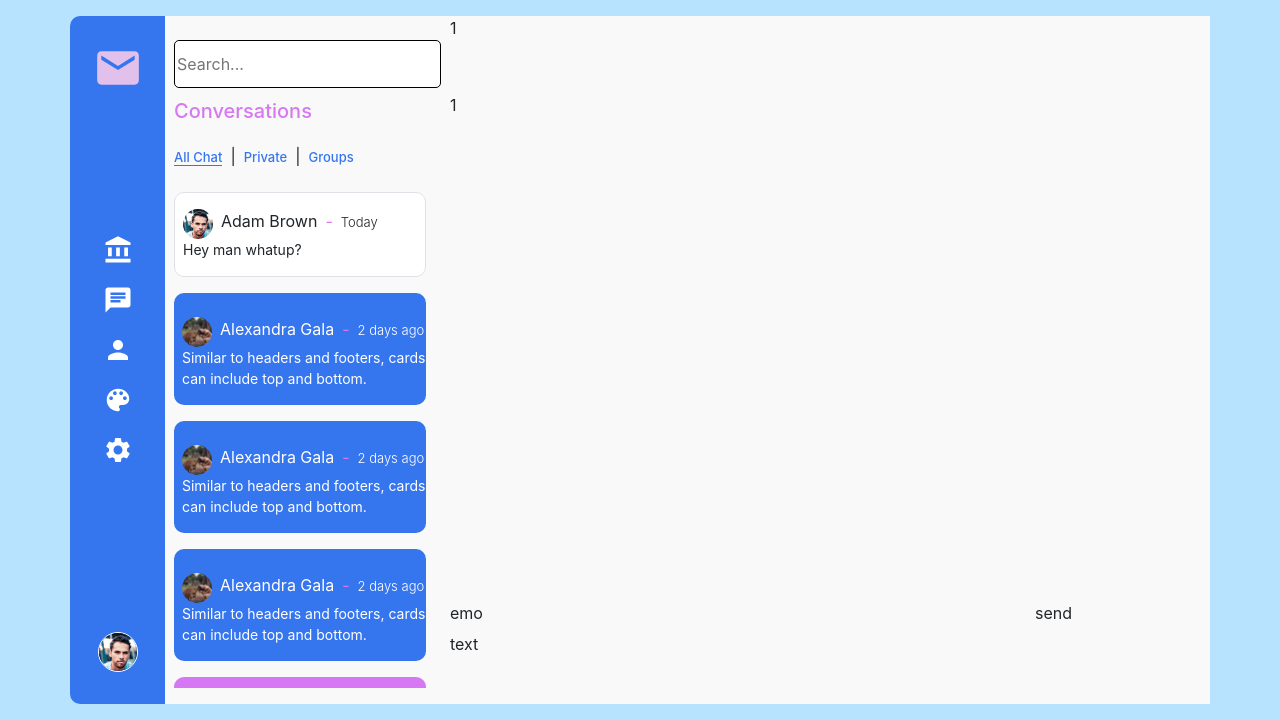
Repository: arafat877/super-chat
Page: /
These files come from the project's save history. The page is drawn as it stood at one moment and after the next save; the edit follows.
The browser window is 1280 px wide. The pictures show the whole page.
The project was rebuilt for these pictures with package versions that can differ from the ones it lists, and the page was loaded fresh each time.

Above is the page before, as saved 2020-08-07 00:58:01.

After the next save:
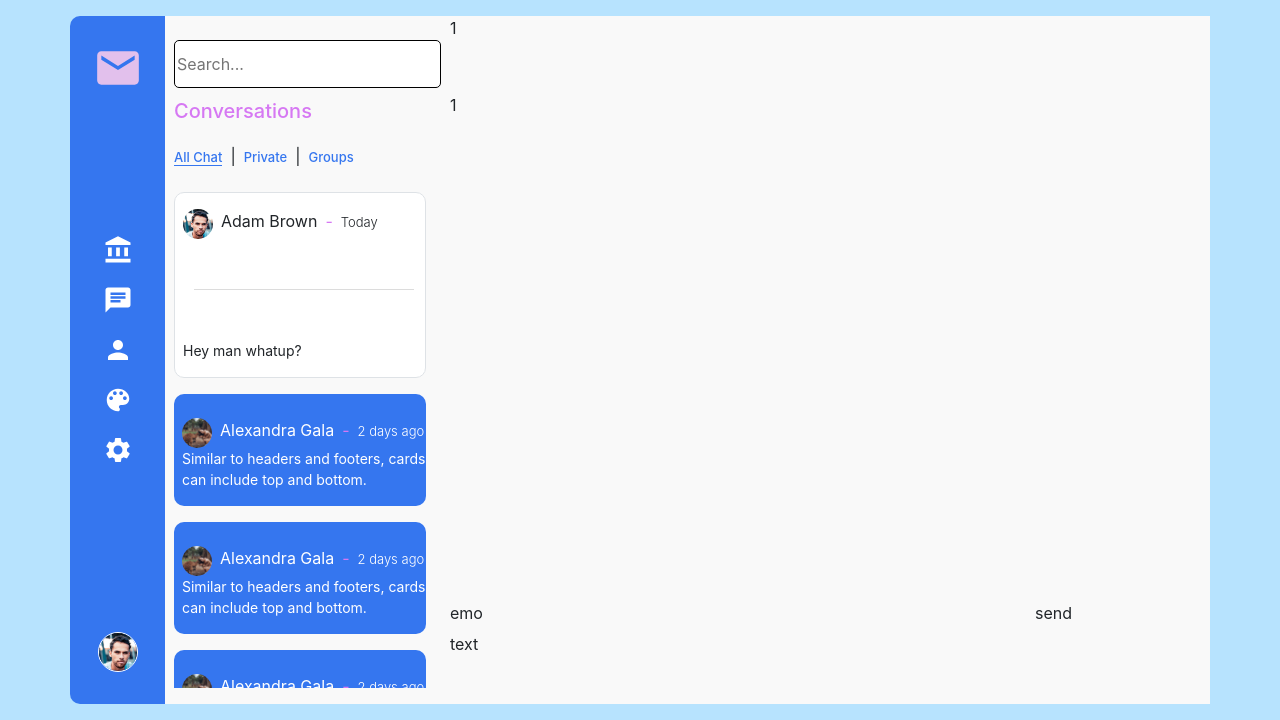
Saved 21 s later.
--- a/src/App.scss
+++ b/src/App.scss
@@ -130,10 +130,15 @@
           }
 
           .hr {
+            border: 0;
+            border-bottom: 1px solid #DCDCDC;
             clear: both;
             display: block;
-            border-color: rgb(214, 120, 243);
-            margin-bottom: 5px;
+            height: 0;
+            margin: 0 auto 50px auto;
+            padding-top: 50px;
+            max-width: 220px;
+            width: 100%;
           }
 
           .text {

After the save that followed:
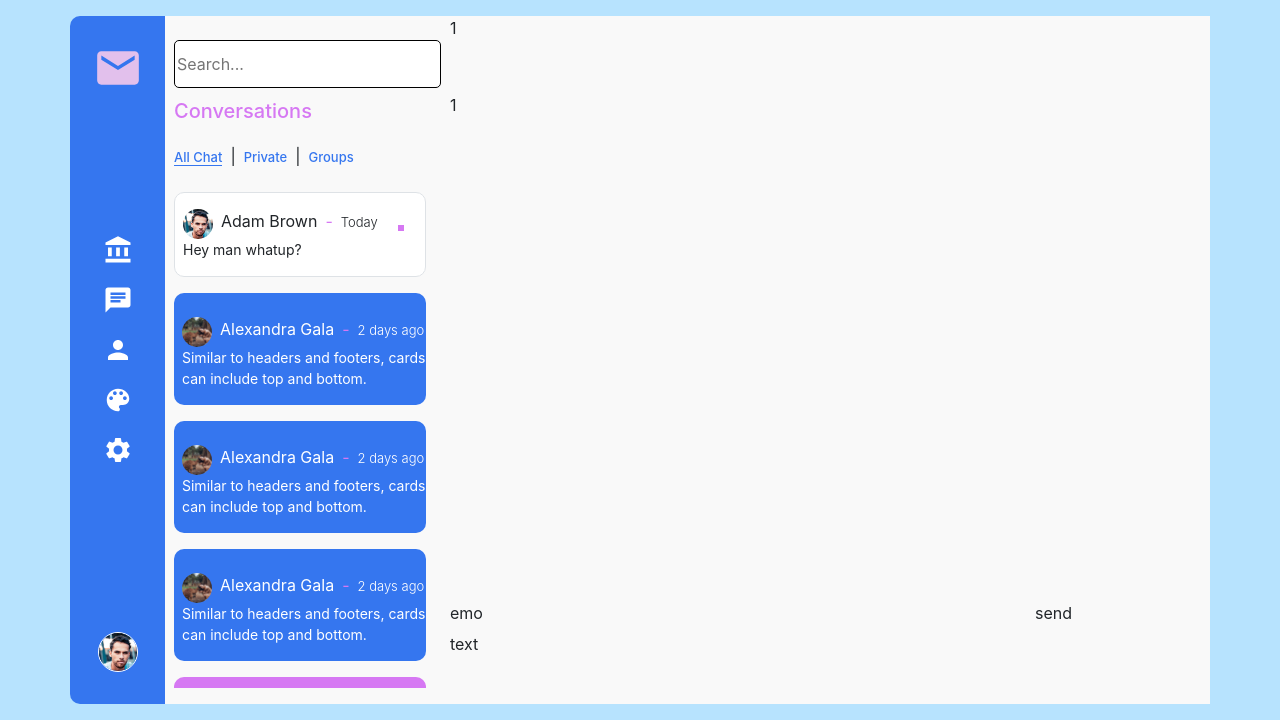
Saved 28 s later.
--- a/src/App.scss
+++ b/src/App.scss
@@ -130,15 +130,11 @@
           }
 
           .hr {
-            border: 0;
-            border-bottom: 1px solid #DCDCDC;
             clear: both;
             display: block;
-            height: 0;
-            margin: 0 auto 50px auto;
-            padding-top: 50px;
-            max-width: 220px;
-            width: 100%;
+            border: solid;
+            border-color: rgb(214, 120, 243);
+            margin-bottom: 5px;
           }
 
           .text {
